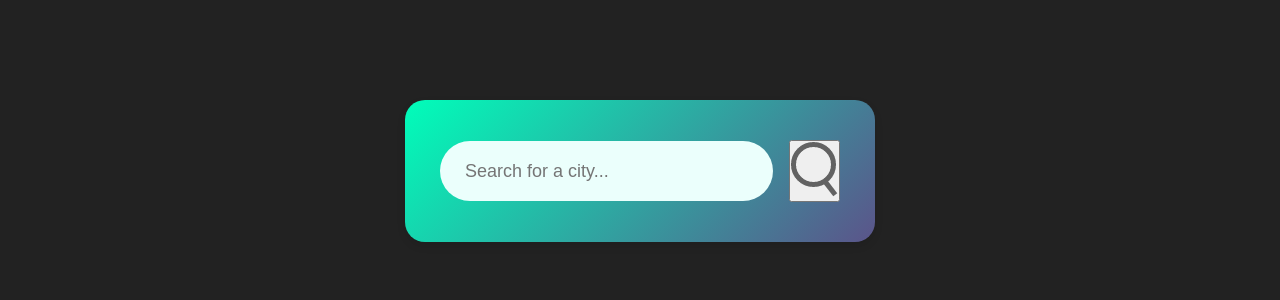
Repository: Abdelilah-Lakrim/Weather-App
Page: index.html
An editor plug-in stored every save of this project. The page is shown before and after the next save, followed by the edit.
The browser window is 1280 px wide. The pictures show the whole page.

Above is the page before, as saved 2025-06-17 11:07:40.

### index.html
<!DOCTYPE html>
<html>
<head>
    <meta charset="UTF-8" />
    <title>Weather App</title>
    <link rel="stylesheet" href="style.css" >
</head>
<body>

    <div class="card">
        <div class="search">
            <input type="text" placeholder="Search for a city..." spellcheck="false" />
            <button><img src="images/search.png"></button>
        </div>
    </div>

</body>
</html>

### style.css
*{
    margin: 0;
    padding: 0;
    font-family: 'Poppins', sans-serif;
    box-sizing: border-box;
}
body{
    background-color: #222;
    color: #333;
}
.card{
    width: 90%;
    max-width: 470px;
    background: linear-gradient(135deg, #00feba, #5b548a);
    color: #fff;
    margin: 100px auto  0;
    padding: 40px 35px;
    border-radius: 20px;
    box-shadow: 0 4px 8px rgba(0, 0, 0, 0.1);
    overflow: hidden;
    position: relative;
    text-align: center;
}
.search{
    width: 100%;
    display: flex;
    align-items: center;
    justify-content: space-between;
}

.search input{
    border: 0;
    outline: 0;
    background: #ebfffc;
    color: #333;
    padding: 10px 25px;
    height: 60px;
    border-radius: 30px;
    flex: 1;
    margin-right: 16px;
    font-size: 18px;
}

.search button{

}

After the next save:
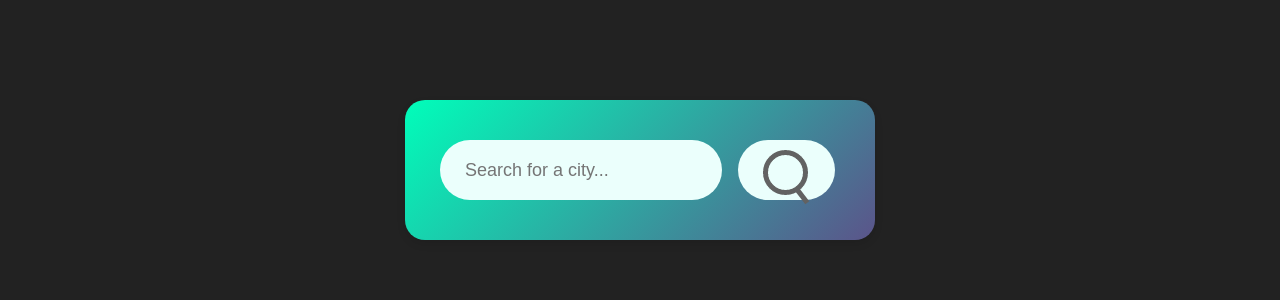
Saved 6 s later.
--- a/style.css
+++ b/style.css
@@ -42,5 +42,14 @@ body{
 }
 
 .search button{
-
+     border: 0;
+    outline: 0;
+    background: #ebfffc;
+    color: #333;
+    padding: 10px 25px;
+    height: 60px;
+    border-radius: 30px;
+    flex: 1;
+    margin-right: 16px;
+    font-size: 18px;
 }
